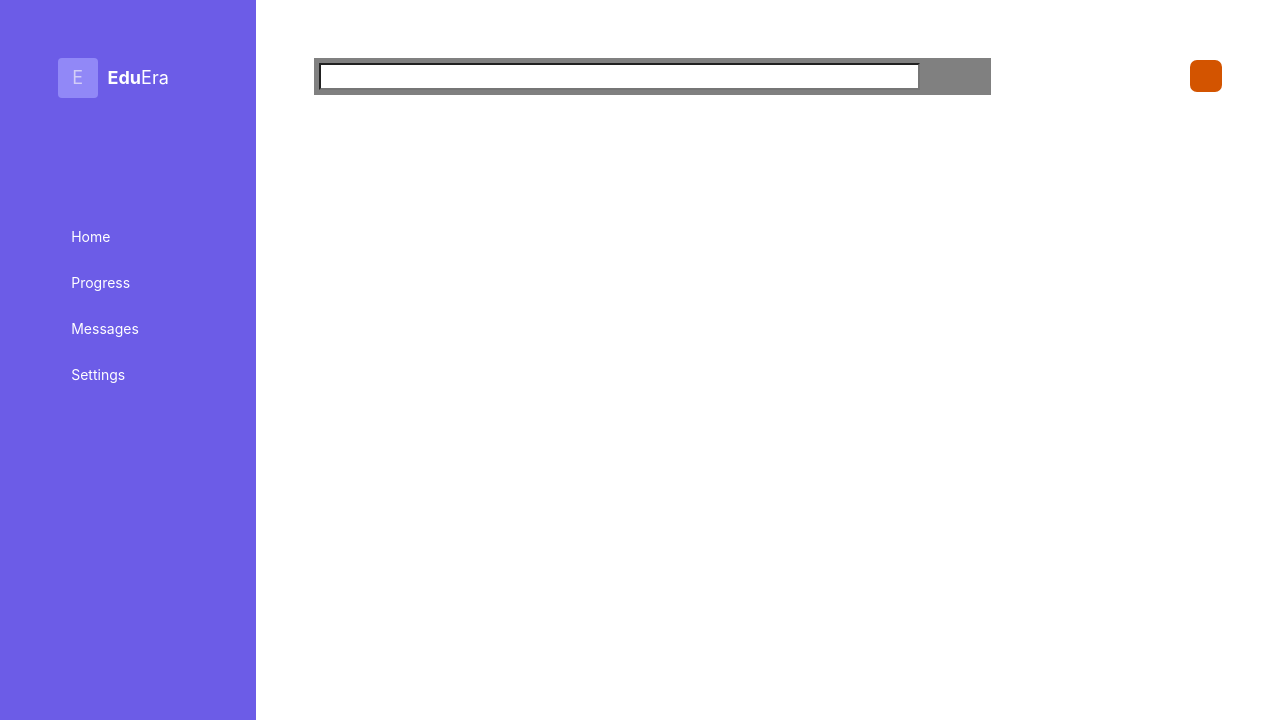
Repository: huynhnt1406/coursestorage
Page: / (app in coursestorage/)
These files come from the project's save history. The page is drawn as it stood at one moment and after the next save; the edit follows.
The browser window is 1280 px wide. The pictures show the whole page.
The project was rebuilt for these pictures with package versions that can differ from the ones it lists, and the page was loaded fresh each time.

Above is the page before, as saved 2021-05-01 16:47:00.

### coursestorage/src/main.js
import Vue from 'vue'
import App from './App.vue'
import 'ant-design-vue/dist/antd.css'
import Antd from 'ant-design-vue';
Vue.config.productionTip = false
Vue.use(Antd);
new Vue({
  render: h => h(App),
}).$mount('#app')

### coursestorage/src/App.vue
<template>
  <div class="container">
    <div class="sidebar">
      <Sidebar/>
    </div>
    <div class="main">
      <SearchBar/>
    </div>
  </div>
</template>

<script>
import Sidebar from './components/Sidebar'
import SearchBar from './components/SearchBar'
export default {
  components:{
    Sidebar,
    SearchBar
  }
}
</script>

<style>
*{
  margin:0
}
.container{
  background-color:white;
  min-height: 100vh;
  display: flex;
}
.main{
  flex:0.8;
}
</style>

### coursestorage/src/components/Sidebar.vue
<template>
  <div class="sidebar">
      <div class="sidebar-header">
          <a-avatar shape="square" size="large" style="backgroundColor:#a29bfe ; opacity:0.7 ; marginRight:10px">E</a-avatar>
          <span><strong>Edu</strong>Era</span>
      </div>
      <div class="sidebar-links">
          <div class="link">
              <a-icon style="color:#a29bfe ; opacity:0.7" type="appstore"/>
              <span>Home</span>
          </div>
           <div class="link">
               <a-icon style="color:#a29bfe ; opacity:0.7" type="bar-chart" />
              <span>Progress</span>
          </div>
           <div class="link">
               <a-icon style="color:#a29bfe ; opacity:0.7" type="message" />
                <span>Messages</span>
          </div>
           <div class="link">
                <a-icon style="color:#a29bfe ; opacity:0.7" type="setting" />
              <span>Settings</span>
          </div>
      </div>
  </div>
</template>

<script>
export default {

}
</script>

<style>
.sidebar{
    flex:0.2;
    background-color:#6c5ce7;
}
.sidebar-header{
    display: flex;
    align-items: center;
    padding:8vh 0 8vh 8vh
}
.sidebar-header span{
    color:white;
    font-size: large;
}
.sidebar-links{
    padding:8.5vh;
}
.link{
    display: flex;
    margin-bottom:5px;
    align-items: center;
    padding:10px 0 10px 0;
    color:white;
}
.link span{
    margin-left:10px;
}
.link:hover{
    color:#d35400;
    cursor: pointer;
}
</style>

### coursestorage/src/components/SearchBar.vue
<template>
  <div class="searchbar">
    <div class="search-tool">
        <a-icon type="search" />
        <input type="text" >
    </div>
    <div class="icons">
        <a-avatar shape="square" icon="user" type="user" size="40px" style="color:black ;backgroundColor:white; border-radius:7px "  />
        <a-avatar shape="square" size="40px" style="backgroundColor:#d35400 ;border-radius:7px " icon="fire" />
    </div>
  </div>
</template>

<script>
export default {

}
</script>

<style>
.searchbar{
    padding:8vh;
    display: flex;
    justify-content: space-between;
    align-items: center;
    flex:1;
}
.search-tool {
    background-color: gray;
    padding:5px;
    flex:0.8;
}
.search-tool input{
    width: 90%;
}
</style>

Loaded but not shown: coursestorage/public/index.html (common file)

After the next save:
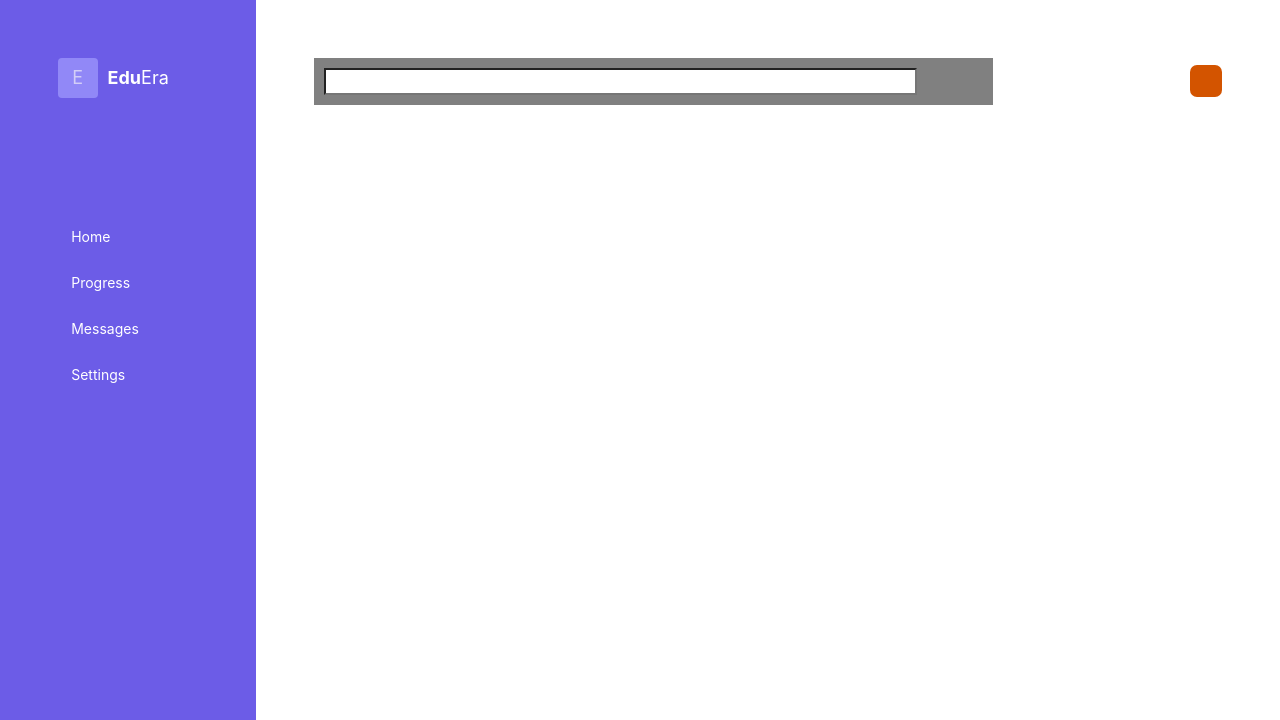
Saved 35 s later.
--- a/coursestorage/src/components/SearchBar.vue
+++ b/coursestorage/src/components/SearchBar.vue
@@ -5,8 +5,8 @@
         <input type="text" >
     </div>
     <div class="icons">
-        <a-avatar shape="square" icon="user" type="user" size="40px" style="color:black ;backgroundColor:white; border-radius:7px "  />
-        <a-avatar shape="square" size="40px" style="backgroundColor:#d35400 ;border-radius:7px " icon="fire" />
+        <a-avatar shape="square" icon="user" type="user" size="45px" style="color:black ;backgroundColor:white; border-radius:7px "  />
+        <a-avatar shape="square" size="45px" style="backgroundColor:#d35400 ;border-radius:7px " icon="fire" />
     </div>
   </div>
 </template>
@@ -27,7 +27,7 @@
 }
 .search-tool {
     background-color: gray;
-    padding:5px;
+    padding:10px;
     flex:0.8;
 }
 .search-tool input{
